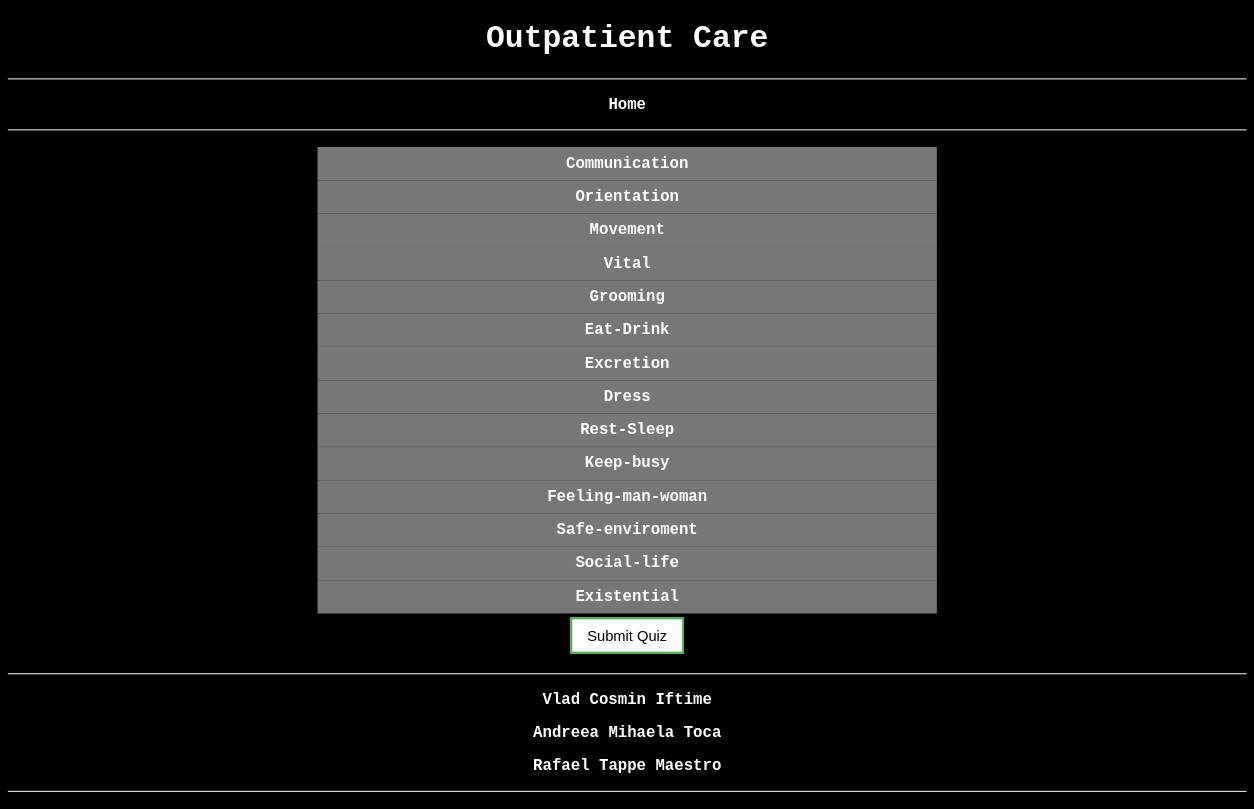
Repository: VladIftime/KnowledgeTechnology2019
Page: src/front/index.html
These files come from the project's save history. The page is drawn as it stood at one moment and after a run of saves; the edit follows.
The browser window is 1280 px wide. The pictures show the whole page, at 98% of full size.

Above is the page before, as saved 2020-01-11 21:05:39.

### src/front/index.html
<!DOCTYPE html>
<html lang="en">
    <head>
        <meta charset="UTF-8">
        <meta name="description" content="This is a knowledge base and inference system. It classifies a patient's need for outpatient care.">
        <meta name="keywords" content="Outpatient, Care, knowledge, base, technology, inference">
        <meta name="viewport" content=" classth=device- classth, initial-scale=1.0">
        <title>Outpatient Care</title>

        <link rel="stylesheet" href="style.css">
        <link rel="icon" type="image/png" href="favicon.png">
    </head>

    <body>
        <header>
            <h1>
                <span class=brokenLine>Outpatient<br>Care</span>
                <span class=oneLine>Outpatient Care</span>
            </h1>
        </header>
        <nav>
            <hr>
            <p class='font'><a href="http://localhost:8000/">Home</a></p>
            <hr>
        </nav>
        <article>
            <div class="wrap">
            <section id=HealthAreas></section>
            </div>
        </article>
            <div id = warning style="display: none;">Please answers all the questions first</div>
            <button id= submit class='button-submit button1-submit'>Submit Quiz</button>
            <div id = Result></div>
        <footer>
            <hr>
            <p><a href="https://github.com/VladIftime/">Vlad Cosmin Iftime</a></p>
            <p><a href="https://github.com/AndreeaToca/">Andreea Mihaela Toca</a></p>
            <p><a href="https://github.com/Wehzie/">Rafael Tappe Maestro</a></p>
            <hr>
        </footer>
        <script src="questions.js"></script>
        <script src="inference.js"></script>
        <script src="collapsible.js"></script>
    </body>
</html>

### src/front/style.css
html {
    font-family: "Courier New", Courier, monospace;
    color: white;
    background-color:  black;
}

.brokenLine {font-size: 100%;}
.oneLine {display: none;}

@media screen and (min-width: 5cm) {
    .brokenLine {display: none;}
    .oneLine {font-size: 100%; display: block}
}

body {
    font-size: 100%;
    text-align: center;
}

nav {
    font-weight: bold;
}

footer {
    font-weight: bold;
}

a:visited {
    color: white;
    background-color: transparent;
    text-decoration: none;
}

a:link {
    color: white;
    background-color: transparent;
    text-decoration: none;
}

a:hover {
    color: rgb(139, 208, 251);
    background-color: transparent;
    text-decoration: none;
}

a:active {
    color: white;
    background-color: transparent;
    text-decoration: none;
}

hr {
    display: block;
    height: 1px;
    border: 0;
    border-top: 1px solid white;
    margin: 1em 0;
    padding: 0;
}

.collapse {
    font-family: "Courier New", Courier, monospace;
    font-size: 100%;
    font-weight: bold;
    background-color: #777;
    color: white;
    cursor: pointer;
    padding: 0.5em;
    width: 50%;
    border: none;
    text-align: center;
    outline: none;
}

.collapse-active, .collapse:hover {
    background-color: #555;
}

.collapse-content {
    padding: 0 18px;
    display: none;
    overflow: hidden;
    background-color: darkcyan;
}

.q-grid {
    display: grid;
    grid-template-columns: 25vw auto;
}

.q-grid > p {
    text-align: left;
    grid-column: 1;
}

.ans-grid {
    display: grid;
    grid-template-columns: 25vw auto;
}

.ans-box {
    display: block;
    text-align: left;
    grid-column: 2;
}

.font {
    font-size: 100%;
}

.button-submit{
    background-color: #4CAF50; /* Green */
    border: none;
    color: white;
    padding: 8px 15px;
    text-align: center;
    text-decoration: none;
    display: inline-block;
    font-size: 15px;
    margin: 4px 2px;
    -webkit-transition-duration: 0.4s; /* Safari */
    transition-duration: 0.4s;
    cursor: pointer;
  }

  .button1-submit {
    background-color: white;
    color: black;
    border: 2px solid #4CAF50;
  }

  .button1-submit:hover {
    background-color: #4CAF50;
    color: white;
  }

  .div-wrap{
      width: 50%;
  }

  .grid-container{
      display: grid;
      grid-template-columns: 100px 300px 100px;
      padding: 10px;
  }
  .container{
      grid-column: 2;
  }

### src/front/questions.js
// Question class and objects
let areas = ['Communication','Orientation','Movement','Vital','Grooming',
             'Eat-Drink','Excretion','Dress','Rest-Sleep','Keep-busy',
             'Feeling-man-woman','Safe-enviroment','Social-life','Existential'];


function createSections() {
    let sec = document.getElementById('HealthAreas');
    for (let index = 0; index < areas.length; index++) {
        const element = areas[index];
        let title = element;
        //title[0].toUpperCase();
        sec.innerHTML+='<section id ='+ element + '> <button type="button" class="collapse">'+title+'</button> <div class="collapse-content"> </div> </section>'
    }
}

createSections();

class Question {
    constructor(question, hint, choices, points, classOfQuestion, name) {
        this.question = question;
        this.hint = hint;
        this.choices = choices;
        this.classOfQuestion = classOfQuestion;
        this.name = name;
    }

    showQuestion() {
        let sec = document.getElementById(this.classOfQuestion).getElementsByClassName('collapse-content')[0];
        sec.innerHTML+= '<div class='+this.classOfQuestion+' id='+this.name+'><div class = q-grid><p class=font>' + this.question + '</p></div></div>';
    }

    showChoices() {
        return null;
    }

    display() {
        this.showQuestion();
        this.showChoices();
    }
}

class MultipleChoice extends Question{
    constructor(question, hint, choices, classOfQuestion, name) {
        super(question, hint, choices, '', classOfQuestion, name);
    }

    showChoices() {
        let htmlString = '<div class = ans-grid> <div class = ans-box>';
        for (let index = 0; index < this.choices.length; index++) {
            htmlString += ('<input type=\'radio\' name=' + this.name + ' value= \''  + index + '\'>' + '<label class=font>' + this.choices[index] + '</label><br>');
        }
        document.getElementById(this.name).innerHTML += htmlString + '</div> </div>';
    }
}

class MultipleChoiceImpair extends MultipleChoice{
    constructor(question, hint, classOfQuestion, name) {
        super(question, hint, ['Unimpaired', 'Partially impaired', 'Impaired'], classOfQuestion, name);
    }
}

class TickBox extends Question{
    constructor(question, hint, choices, classOfQuestion, name) {
        super(question, hint, choices, '', classOfQuestion, name);
    }

    showChoices() {
        let htmlString = '<div class = ans-grid> <div class = ans-box>';
        for (let index = 0; index < this.choices.length; index++) {
            htmlString += ('<input type=\'checkbox\' name=\'option\' value= \'1\'>' + this.choices[index] + '<br>');
        }
        document.getElementById(this.name).innerHTML += htmlString + '</div> </div>';
    }
}
//Communication
const question1 = new MultipleChoiceImpair('Hearing:','','Communication','question1');
const question2 = new MultipleChoiceImpair('Sight','','Communication','question2');
const question3 = new MultipleChoiceImpair('Speech:','','Communication','question3');
const question4 = new MultipleChoiceImpair('Ability to express feelings and desires:','','Communication','question4');
//Orientation
const question5 = new MultipleChoiceImpair('Temporal orientation:','','Orientation','question5');
const question6 = new MultipleChoiceImpair('Local orientation:','','Orientation','question6');
const question7 = new MultipleChoiceImpair('Personal orientation:','','Orientation','question7');
const question8 = new MultipleChoiceImpair('Situational orientation:','','Orientation','question8');
//Movement
const question9 = new MultipleChoiceImpair('Ability to walk alone:','','Movement','question9');
const question10 = new MultipleChoiceImpair('Ability to stand alone:','','Movement','question10');
const question11 = new MultipleChoiceImpair('Ability to sit alone:','','Movement','question11');
const question12 = new MultipleChoiceImpair('Ability to lay down alone:','','Movement','question12');
const question13 = new MultipleChoiceImpair('Ability to visit infrastracture:','','Movement','question13');
//Vital functions


question1.display();
question2.display();
question3.display();
question4.display();
question5.display();
question6.display();
question7.display();
question8.display();
question9.display();
question10.display();
question11.display();
question12.display();
question13.display();

Loaded but not shown: src/front/collapsible.js (no copy from this time; the picture is the same without it); src/front/inference.js (no copy from this time; the picture is the same without it)

After the next 3 saves:
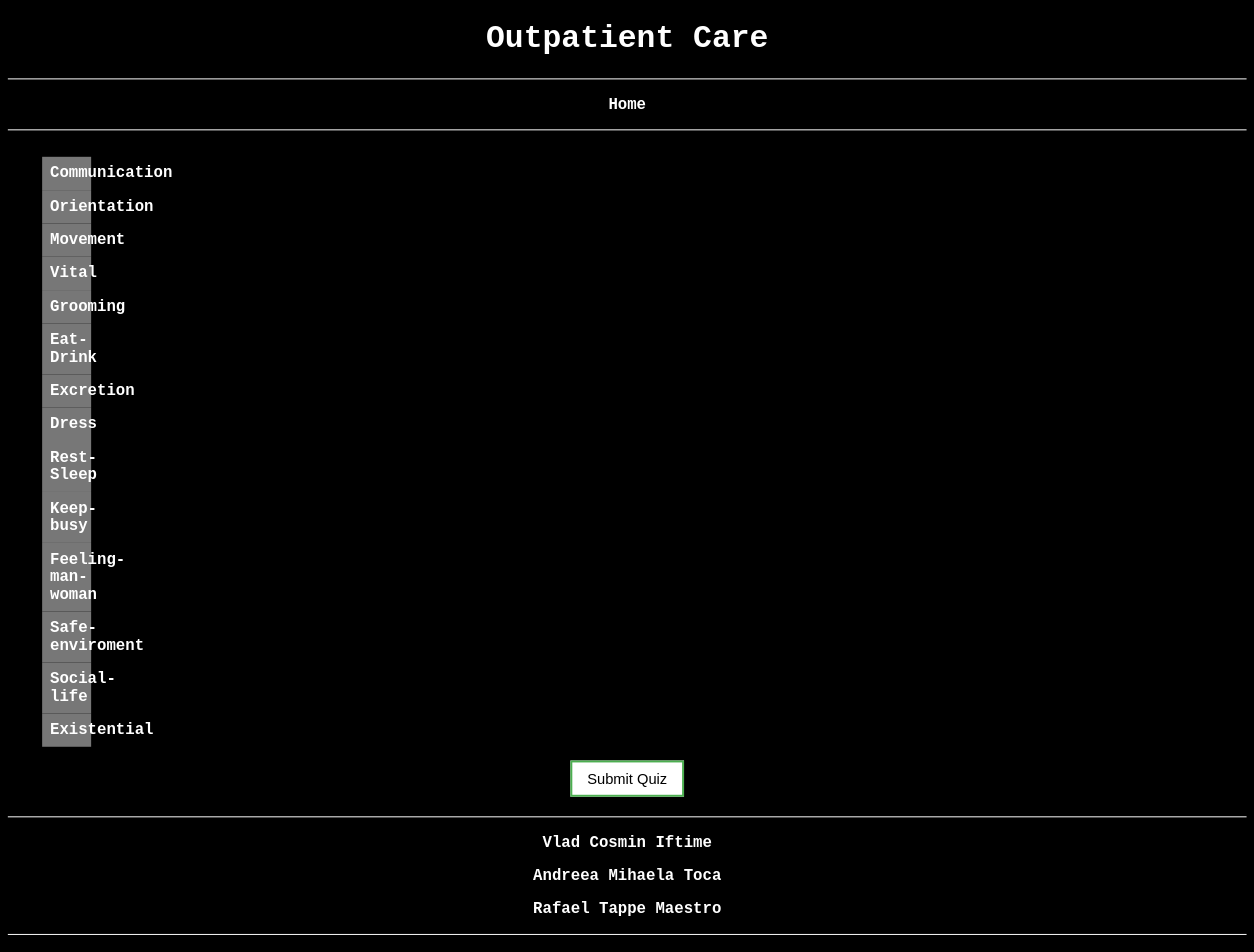
The 3 saves are shown as one change because they came seconds apart.
The last was saved 14 s later.
--- a/src/front/index.html
+++ b/src/front/index.html
@@ -24,7 +24,7 @@
             <hr>
         </nav>
         <article>
-            <div class="wrap">
+            <div class="grid-container">
             <section id=HealthAreas></section>
             </div>
         </article>
